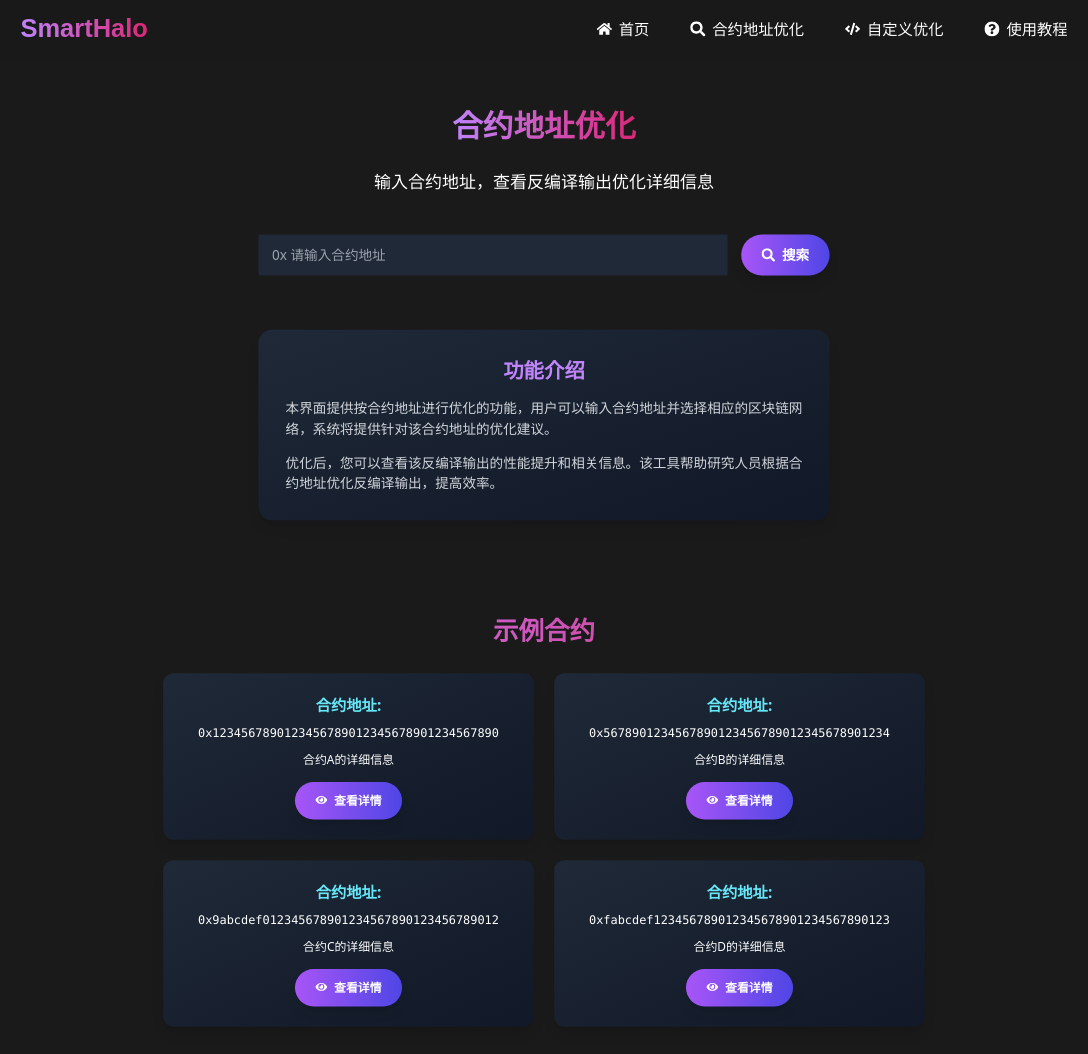
Repository: RunnerQuan/smart-halo
Page: /contract-optimization
These files come from the project's save history. The page is drawn as it stood at one moment and after the next save; the edit follows.
The browser window is 1280 px wide. The pictures show the whole page, at 85% of full size.
The project was rebuilt for these pictures with package versions that can differ from the ones it lists, and the page was loaded fresh each time. The framework's server and built-in components were replaced by stand-ins that run in the browser. Also part of the build but not shown: next.config.mjs.

Above is the page before, as saved 2024-10-18 15:34:30.

### app/contract-optimization/page.tsx
"use client";

import React from 'react';
import { useState } from 'react';
import { motion } from 'framer-motion';
import Link from 'next/link';
import AnimatedButton from '../../components/ui/animated-button';
import Navbar from '../../components/Navbar';
import { FaSearch, FaEye } from 'react-icons/fa';

export default function ContractOptimization() {
  const [contractAddress, setContractAddress] = useState('');
  const [showError, setShowError] = useState(false);

  const handleSearch = () => {
    if (!contractAddress) {
      setShowError(true);
      setTimeout(() => setShowError(false), 3000);
      return;
    }
    // 这里应该是跳转到优化详情页的逻辑
    window.location.href = '/optimization-details';
  };

  return (
    <main className="flex min-h-screen flex-col items-center justify-start p-8 bg-[#1A1A1A] text-white font-sans">
      <Navbar />
      <div className="mt-24 w-full max-w-4xl mx-auto flex flex-col items-center">
        <motion.h1
          className="text-4xl font-bold mb-8 text-center text-transparent bg-clip-text bg-gradient-to-r from-purple-400 to-pink-600"
          initial={{ opacity: 0, y: -50 }}
          animate={{ opacity: 1, y: 0 }}
          transition={{ duration: 0.5 }}
        >
          合约地址优化
        </motion.h1>
        <motion.p
          className="text-xl mb-12 text-center max-w-2xl"
          initial={{ opacity: 0 }}
          animate={{ opacity: 1 }}
          transition={{ duration: 0.5, delay: 0.2 }}
        >
          输入合约地址，查看反编译输出优化详细信息
        </motion.p>

        <motion.div
          className="w-full max-w-2xl mb-12"
          initial={{ opacity: 0, y: 50 }}
          animate={{ opacity: 1, y: 0 }}
          transition={{ duration: 0.5, delay: 0.4 }}
        >
          <div className="flex space-x-4 mb-4">
            <input
              type="text"
              placeholder="0x 请输入合约地址"
              className="flex-grow bg-gray-800 text-white rounded-lg px-4 py-2 focus:outline-none focus:ring-2 focus:ring-purple-500"
              value={contractAddress}
              onChange={(e) => setContractAddress(e.target.value)}
            />
            <AnimatedButton onClick={handleSearch} className="flex items-center justify-center">
              <FaSearch className="mr-2" />
              <span>搜索</span>
            </AnimatedButton>
          </div>
          {showError && (
            <motion.p
              className="text-red-500 text-center mt-2"
              initial={{ opacity: 0 }}
              animate={{ opacity: 1 }}
              exit={{ opacity: 0 }}
            >
              请输入合约地址
            </motion.p>
          )}
        </motion.div>

        <motion.div
          className="bg-gradient-to-br from-gray-800 to-gray-900 rounded-2xl p-8 mb-12 w-full max-w-2xl shadow-lg"
          initial={{ opacity: 0, y: 50 }}
          animate={{ opacity: 1, y: 0 }}
          transition={{ duration: 0.5, delay: 0.6 }}
        >
          <h2 className="text-2xl font-semibold mb-4 text-purple-400 text-center">功能介绍</h2>
          <p className="mb-4 text-gray-300">
            本界面提供按合约地址进行优化的功能，用户可以输入合约地址并选择相应的区块链网络，系统将提供针对该合约地址的优化建议。
          </p>
          <p className="text-gray-300">
            优化后，您可以查看该反编译输出的性能提升和相关信息。该工具帮助研究人员根据合约地址优化反编译输出，提高效率。
          </p>
        </motion.div>

        <section className="mt-16 text-center w-full">
          <motion.h2
            className="text-3xl font-bold mb-8 text-transparent bg-clip-text bg-gradient-to-r from-purple-400 to-pink-600"
            initial={{ opacity: 0, y: 20 }}
            animate={{ opacity: 1, y: 0 }}
            transition={{ duration: 0.6, ease: "easeOut" }}
          >
            示例合约
          </motion.h2>
          <div className="grid grid-cols-1 md:grid-cols-2 gap-6">
            {[
              { address: "0x1234567890123456789012345678901234567890", info: "合约A的详细信息" },
              { address: "0x5678901234567890123456789012345678901234", info: "合约B的详细信息" },
              { address: "0x9abcdef012345678901234567890123456789012", info: "合约C的详细信息" },
              { address: "0xfabcdef123456789012345678901234567890123", info: "合约D的详细信息" }
            ].map((contract, index) => (
              <motion.div
                key={index}
                className="bg-gradient-to-br from-gray-800 to-gray-900 p-6 rounded-xl shadow-lg overflow-hidden relative group"
                initial={{ opacity: 0, y: 50 }}
                animate={{ opacity: 1, y: 0 }}
                transition={{ duration: 0.5, delay: index * 0.1 }}
                whileHover={{ scale: 1.03 }}
              >
                <div className="absolute inset-0 bg-gradient-to-r from-cyan-500 to-blue-500 opacity-0 group-hover:opacity-10 transition-opacity duration-300"></div>
                <h3 className="text-lg font-semibold mb-2 text-cyan-300">合约地址:</h3>
                <p className="text-white mb-3 font-mono text-sm">{contract.address}</p>
                <p className="text-white mb-4 text-sm">{contract.info}</p>
                <Link href="/optimization-details" passHref>
                  <AnimatedButton className="bg-gradient-to-r from-cyan-500 to-blue-500 text-white px-4 py-2 rounded-full hover:from-cyan-600 hover:to-blue-600 transition-all duration-300 text-sm">
                    <FaEye className="inline-block mr-2 mb-1" />
                    查看详情
                  </AnimatedButton>
                </Link>
              </motion.div>
            ))}
          </div>
        </section>
      </div>
    </main>
  );
}

### app/globals.css
@import url('https://fonts.googleapis.com/css2?family=Roboto:wght@300;400;500;700&display=swap');

@tailwind base;
@tailwind components;
@tailwind utilities;

:root {
  --foreground-rgb: 255, 255, 255;
  --background-start-rgb: 42, 42, 42;
  --background-end-rgb: 42, 42, 42;
}

body {
  color: rgb(var(--foreground-rgb));
  background: linear-gradient(
      to bottom,
      transparent,
      rgb(var(--background-end-rgb))
    )
    rgb(var(--background-start-rgb));
  font-family: 'Roboto', sans-serif;
}

### components/ui/animated-button.tsx
import React from 'react';

interface AnimatedButtonProps extends React.ButtonHTMLAttributes<HTMLButtonElement> {
  children: React.ReactNode;
}

const AnimatedButton: React.FC<AnimatedButtonProps> = ({ children, className, ...props }) => {
  return (
    <button
      className={`
        px-6 py-3 rounded-full text-white font-semibold
        bg-gradient-to-r from-purple-500 to-indigo-600
        hover:from-purple-600 hover:to-indigo-700
        transform hover:scale-105 transition duration-300 ease-in-out
        focus:outline-none focus:ring-2 focus:ring-purple-500 focus:ring-opacity-50
        shadow-lg hover:shadow-xl
        ${className}
      `}
      {...props}
    >
      {children}
    </button>
  );
};

export default AnimatedButton;

### components/Navbar.tsx
import Link from "next/link";
import { FaHome, FaCode, FaSearch, FaQuestionCircle } from 'react-icons/fa';

const navItems = [
  { name: '首页', href: '/', icon: <FaHome className="mr-2" /> },
  { name: '合约地址优化', href: '/contract-optimization', icon: <FaSearch className="mr-2" /> },
  { name: '自定义优化', href: '/custom-optimization', icon: <FaCode className="mr-2" /> },
  { name: '使用教程', href: '/help', icon: <FaQuestionCircle className="mr-2" /> },
];

export default function Navbar() {
  return (
    <nav className="fixed top-0 left-0 right-0 z-10 bg-[#1A1A1A] bg-opacity-80 backdrop-filter backdrop-blur-lg">
      <div className="container mx-auto px-6 py-4 flex justify-between items-center">
        <Link href="/" className="flex items-center">
          <span className="text-3xl font-bold bg-clip-text text-transparent bg-gradient-to-r from-purple-400 to-pink-600 font-tech">
            SmartHalo
          </span>
        </Link>
        <div className="hidden md:flex items-center space-x-12 text-lg">
          {navItems.map((item) => (
            <Link key={item.name} href={item.href} className="flex items-center">
              <span className="flex items-center">
                {item.icon}
                {item.name}
              </span>
            </Link>
          ))}
        </div>
      </div>
    </nav>
  );
}

### tailwind.config.js
module.exports = {
    darkMode: ['class'],
    content: [
    './pages/**/*.{js,ts,jsx,tsx,mdx}',
    './components/**/*.{js,ts,jsx,tsx,mdx}',
    './app/**/*.{js,ts,jsx,tsx,mdx}',
  ],
  theme: {
  	extend: {
  		fontFamily: {
  			harmonyos: ['HarmonyOS Sans', 'sans-serif'],
  			song: ['Noto Serif SC', 'serif'],
  			'noto-sans': ['Noto Sans SC', 'sans-serif'],
  			'tech': ['Orbitron', 'sans-serif']
  		},
  		backgroundImage: {
  			'gradient-radial': 'radial-gradient(var(--tw-gradient-stops))',
  			'gradient-conic': 'conic-gradient(from 180deg at 50% 50%, var(--tw-gradient-stops))'
  		},
  		borderRadius: {
  			lg: 'var(--radius)',
  			md: 'calc(var(--radius) - 2px)',
  			sm: 'calc(var(--radius) - 4px)'
  		},
  		colors: {
  			background: 'hsl(var(--background))',
  			foreground: 'hsl(var(--foreground))',
  			card: {
  				DEFAULT: 'hsl(var(--card))',
  				foreground: 'hsl(var(--card-foreground))'
  			},
  			popover: {
  				DEFAULT: 'hsl(var(--popover))',
  				foreground: 'hsl(var(--popover-foreground))'
  			},
  			primary: {
  				DEFAULT: 'hsl(var(--primary))',
  				foreground: 'hsl(var(--primary-foreground))'
  			},
  			secondary: {
  				DEFAULT: 'hsl(var(--secondary))',
  				foreground: 'hsl(var(--secondary-foreground))'
  			},
  			muted: {
  				DEFAULT: 'hsl(var(--muted))',
  				foreground: 'hsl(var(--muted-foreground))'
  			},
  			accent: {
  				DEFAULT: 'hsl(var(--accent))',
  				foreground: 'hsl(var(--accent-foreground))'
  			},
  			destructive: {
  				DEFAULT: 'hsl(var(--destructive))',
  				foreground: 'hsl(var(--destructive-foreground))'
  			},
  			border: 'hsl(var(--border))',
  			input: 'hsl(var(--input))',
  			ring: 'hsl(var(--ring))',
  			chart: {
  				'1': 'hsl(var(--chart-1))',
  				'2': 'hsl(var(--chart-2))',
  				'3': 'hsl(var(--chart-3))',
  				'4': 'hsl(var(--chart-4))',
  				'5': 'hsl(var(--chart-5))'
  			}
  		},
  		animation: {
  			pulse: 'pulse var(--duration) ease-out infinite'
  		},
  		keyframes: {
  			pulse: {
  				'0%, 100%': {
  					boxShadow: '0 0 0 0 var(--pulse-color)'
  				},
  				'50%': {
  					boxShadow: '0 0 0 8px var(--pulse-color)'
  				}
  			}
  		}
  	}
  },
  plugins: [require("tailwindcss-animate")],
}

Loaded but not shown: app/layout.tsx (common file)

After the next save:
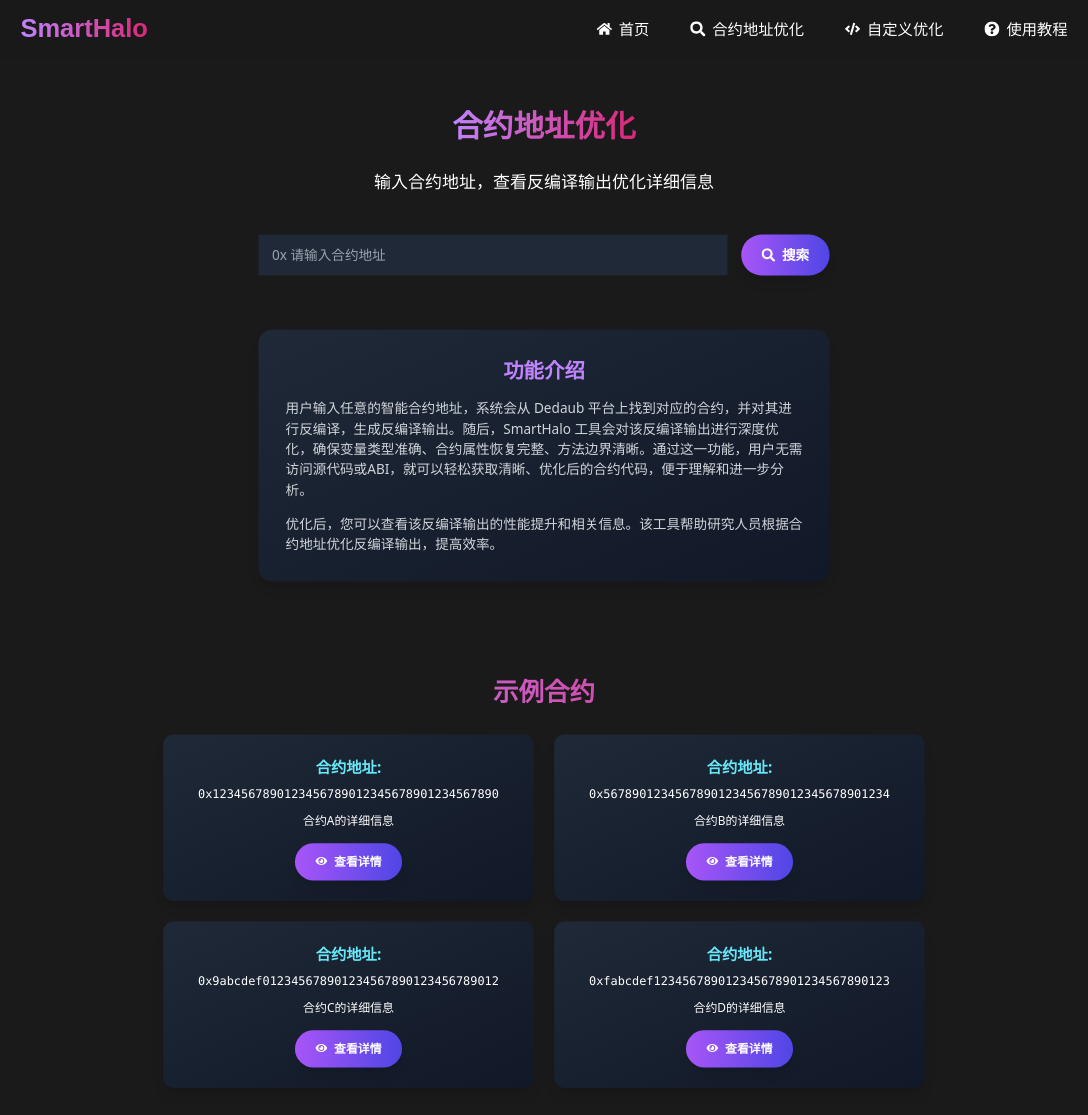
Saved 4 min 53 s later.
--- a/app/contract-optimization/page.tsx
+++ b/app/contract-optimization/page.tsx
@@ -82,7 +82,7 @@ export default function ContractOptimization() {
         >
           <h2 className="text-2xl font-semibold mb-4 text-purple-400 text-center">功能介绍</h2>
           <p className="mb-4 text-gray-300">
-            本界面提供按合约地址进行优化的功能，用户可以输入合约地址并选择相应的区块链网络，系统将提供针对该合约地址的优化建议。
+          用户输入任意的智能合约地址，系统会从 Dedaub 平台上找到对应的合约，并对其进行反编译，生成反编译输出。随后，SmartHalo 工具会对该反编译输出进行深度优化，确保变量类型准确、合约属性恢复完整、方法边界清晰。通过这一功能，用户无需访问源代码或ABI，就可以轻松获取清晰、优化后的合约代码，便于理解和进一步分析。
           </p>
           <p className="text-gray-300">
             优化后，您可以查看该反编译输出的性能提升和相关信息。该工具帮助研究人员根据合约地址优化反编译输出，提高效率。
